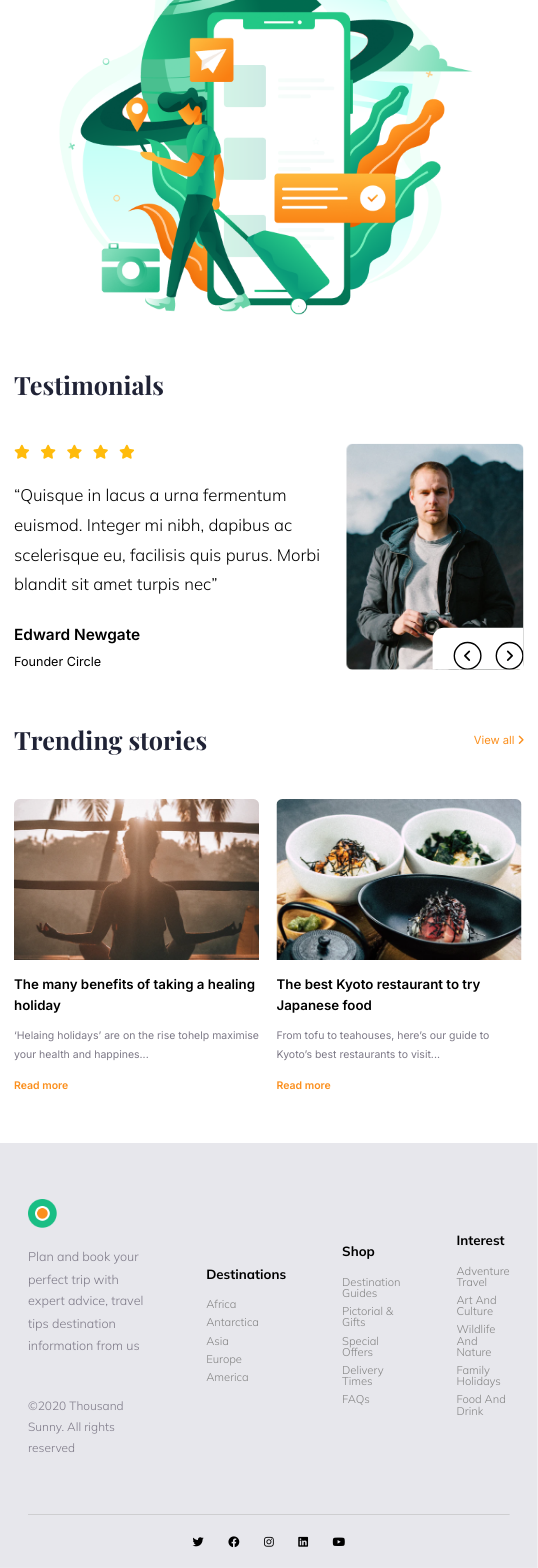
Repository: tranvinhluan/Explore---Travel
Page: index.html
An editor plug-in stored every save of this project. The page is shown before and after the next save, followed by the edit.
The browser window is 768 px wide. The pictures show the part of the page from y = 3157 to 5397 px (the page is 5397 px tall before and 5201 px after), at 70% of full size.
The style sheet was rebuilt from its Sass, Less or Tailwind sources for each picture, by a compiler version that may differ from the author's.

Above is the page before, as saved 2022-01-21 09:34:33.

After the next save:
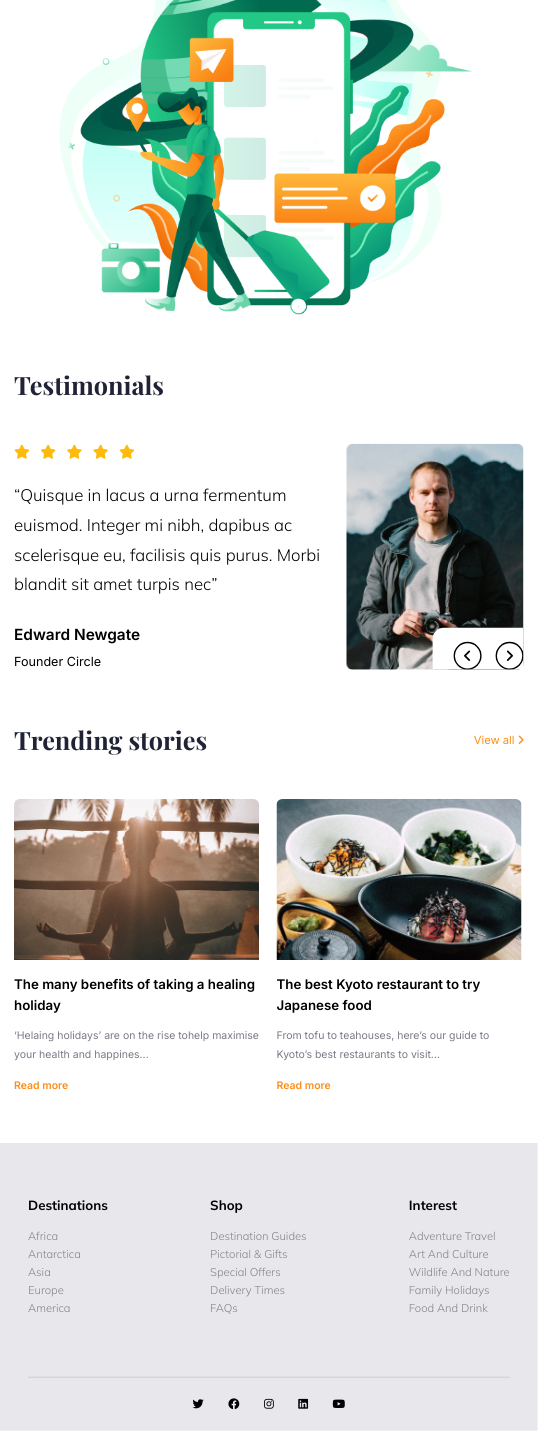
Saved 7 s later.
--- a/sass/_footer.scss
+++ b/sass/_footer.scss
@@ -60,7 +60,7 @@
        justify-content: space-between;
      }
      &-column:first-child {
-      //  display: none;
+       display: none;
      }
     }
 }
